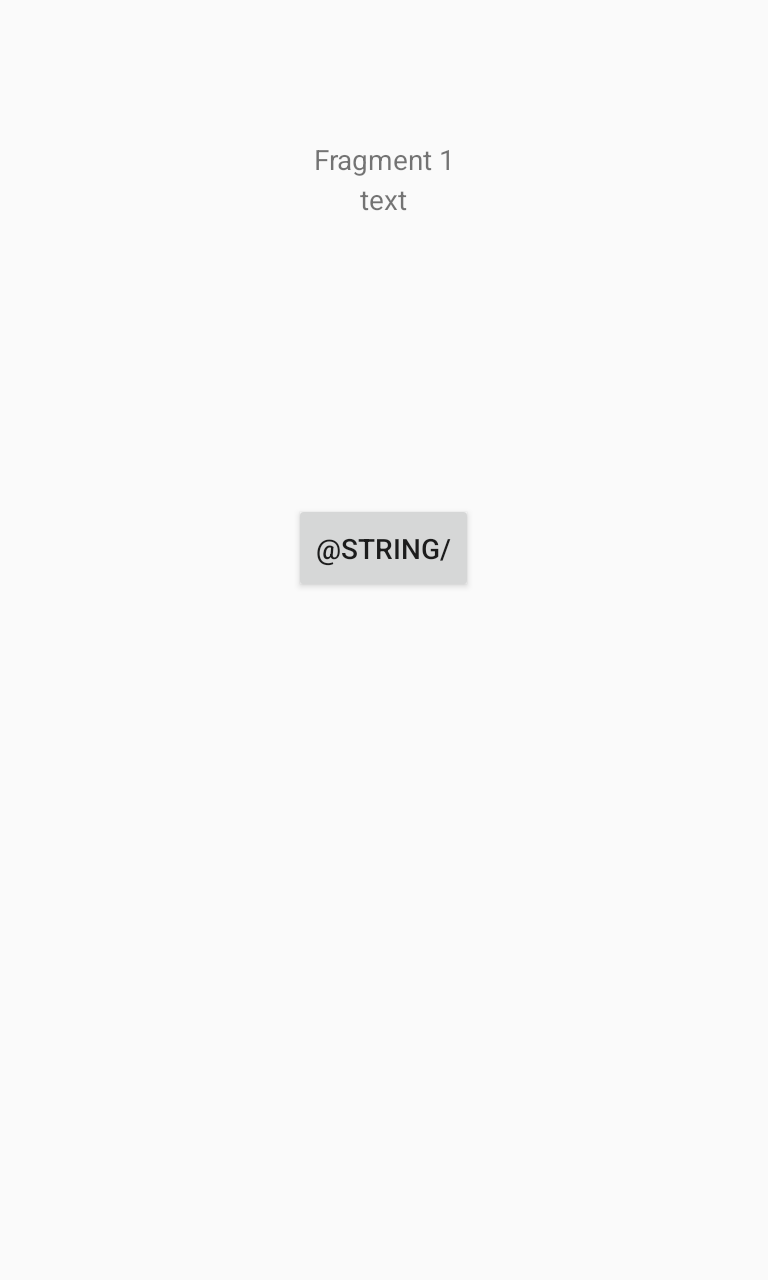
Repository: JottaReyes/BootcampsGlobant
Layout: BootcampsGlobant/res/layout/activity_fragment_1.xml
These files come from the project's save history. The layout is drawn as it stood at one moment and after the next save; the edit follows.
It is drawn on a 768 x 1280 px phone screen (xhdpi) without system bars, with theme AppTheme; the app's code is not run.

Above is the layout before, as saved 2014-06-24 20:48:10.

### BootcampsGlobant/res/layout/activity_fragment_1.xml
<FrameLayout xmlns:android="http://schemas.android.com/apk/res/android"
    xmlns:tools="http://schemas.android.com/tools"
    android:id="@+id/container"
    android:layout_width="match_parent"
    android:layout_height="match_parent"
    tools:context="com.globant.bootcampsglobant.Fragment_1"
    tools:ignore="MergeRootFrame" >

    <TextView
        android:layout_width="wrap_content"
        android:layout_height="wrap_content"
        android:layout_gravity="center_horizontal"
        android:layout_marginTop="70dp"
        android:gravity="center"
        android:text="@string/text_view_fragment_1" />

    <TextView
        android:layout_width="wrap_content"
        android:layout_height="wrap_content"
        android:layout_gravity="center_horizontal"
        android:layout_marginTop="90dp"
        android:gravity="center"
        android:id="@+id/fragment1_text"
        android:text="text" />

    <Button
        android:id="@+id/button1"
        android:layout_width="wrap_content"
        android:layout_height="wrap_content"
        android:layout_gravity="center_horizontal"
        android:layout_marginTop="250dp"
        android:text="@string/" />

</FrameLayout>

### BootcampsGlobant/res/values/strings.xml
<?xml version="1.0" encoding="utf-8"?>
<resources>

    <string name="app_name">BootcampsGlobant</string>
    <string name="hello_world">Hello world!</string>
    <string name="action_settings">Settings</string>
    <string name="action_update">Update</string>
    <string name="drawer_open">Open Drawer</string>
    <string name="drawer_close">Close Drawer</string>
    <string name="text_loading">Loading</string>
    <string name="text_loaded">Loaded!!</string>
    <string name="text_button">Load Bar</string>

    <string-array name="Items">
        <item>Item 1</item>
        <item>Item 2</item>
        <item>Item 3</item>
        <item>Item 4</item>
    </string-array>

    <string name="title_activity_fragment_1">Fragment 1</string>
    <string name="text_view_fragment_1">Fragment 1</string>

    <string name="title_activity_fragment_2">Fragment 2</string>
    <string name="text_view_fragment_2">Fragment 2</string>

    <string name="title_activity_fragment_3">Fragment 3</string>
    <string name="text_view_fragment_3">Fragment 3</string>

    <string name="title_activity_fragment_4">Fragment 4</string>
    <string name="text_view_fragment_4">Fragment 4</string>

</resources>

Loaded but not shown: BootcampsGlobant/res/values/styles.xml (common file); BootcampsGlobant/res/values-v11/styles.xml (common file); BootcampsGlobant/res/values-v14/styles.xml (common file)

After the next save:
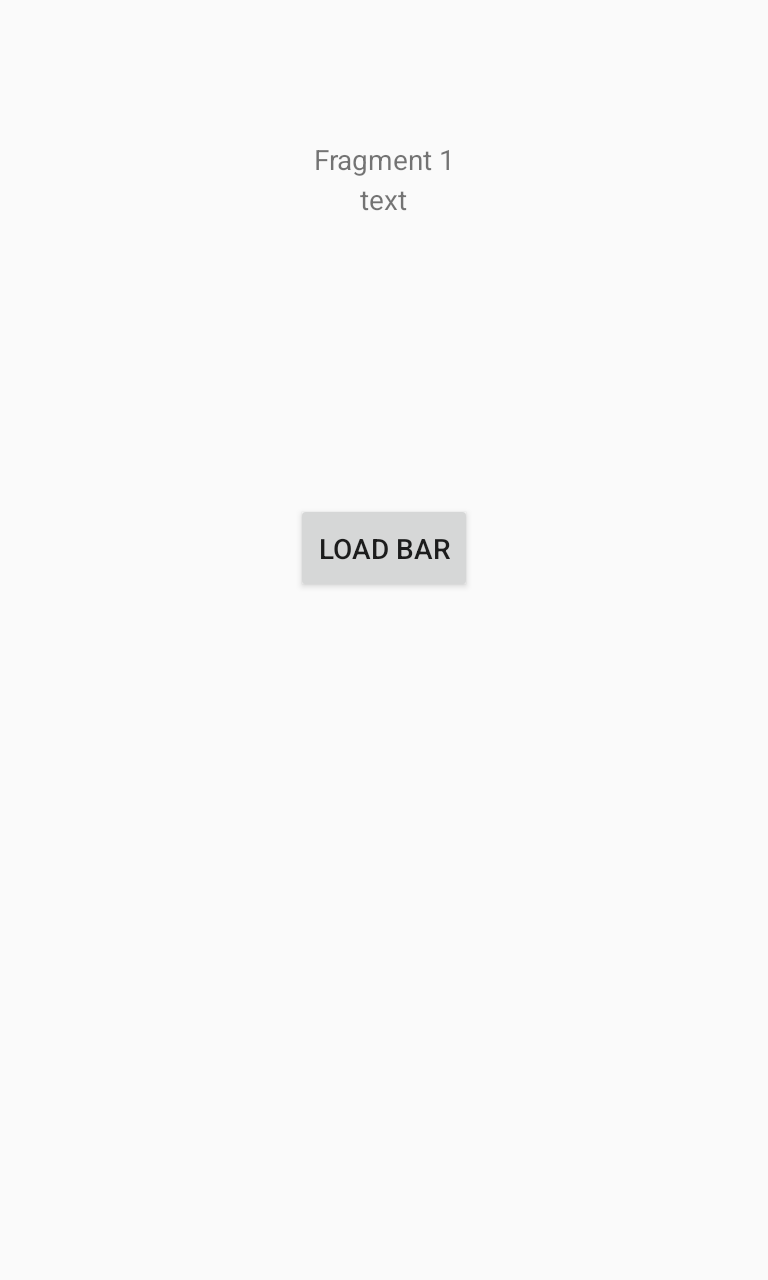
Saved 11 s later.
--- a/BootcampsGlobant/res/layout/activity_fragment_1.xml
+++ b/BootcampsGlobant/res/layout/activity_fragment_1.xml
@@ -29,6 +29,6 @@
         android:layout_height="wrap_content"
         android:layout_gravity="center_horizontal"
         android:layout_marginTop="250dp"
-        android:text="@string/" />
+        android:text="@string/text_button" />
 
 </FrameLayout>
